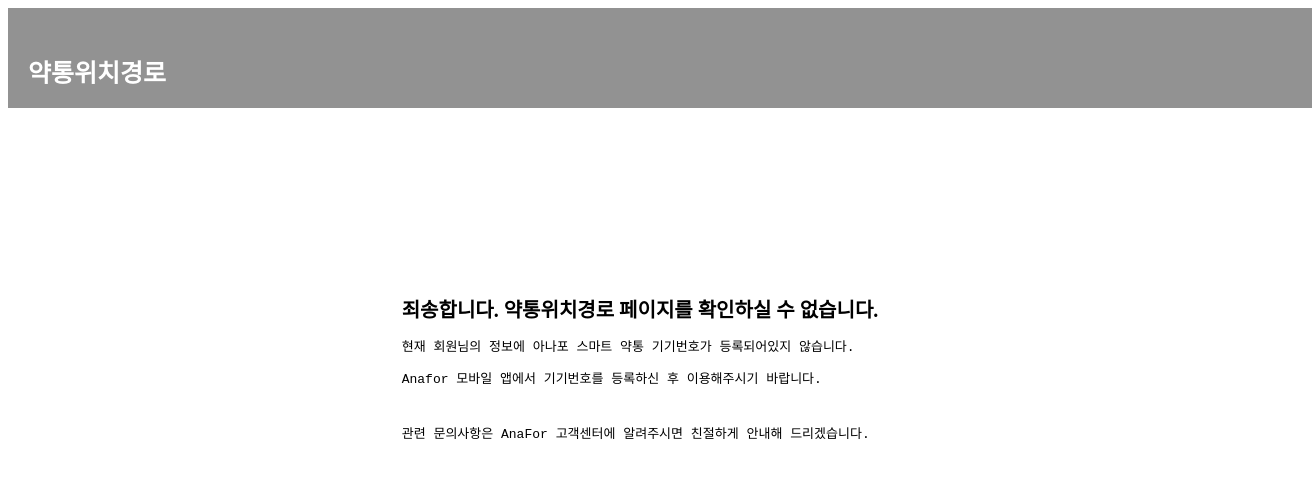
Repository: euzny/Spring-Website
Page: http://localhost/anafor/WEB-INF/views/my_info/notAccept.jsp
An editor plug-in stored every save of this project. The page is shown before and after the next save, followed by the edit.
The browser window is 1280 px wide. The page is 1312 px wide, so the pictures cover 1312 px, including what lies to the right of the window. The pictures show the whole page.
The page is served by Tomcat 9. Nobody is signed in. The template is opened directly, without the code that normally fills it, so the values that code supplies are empty.

Above is the page before, as saved 2022-06-23 02:38:15.

After the next save:
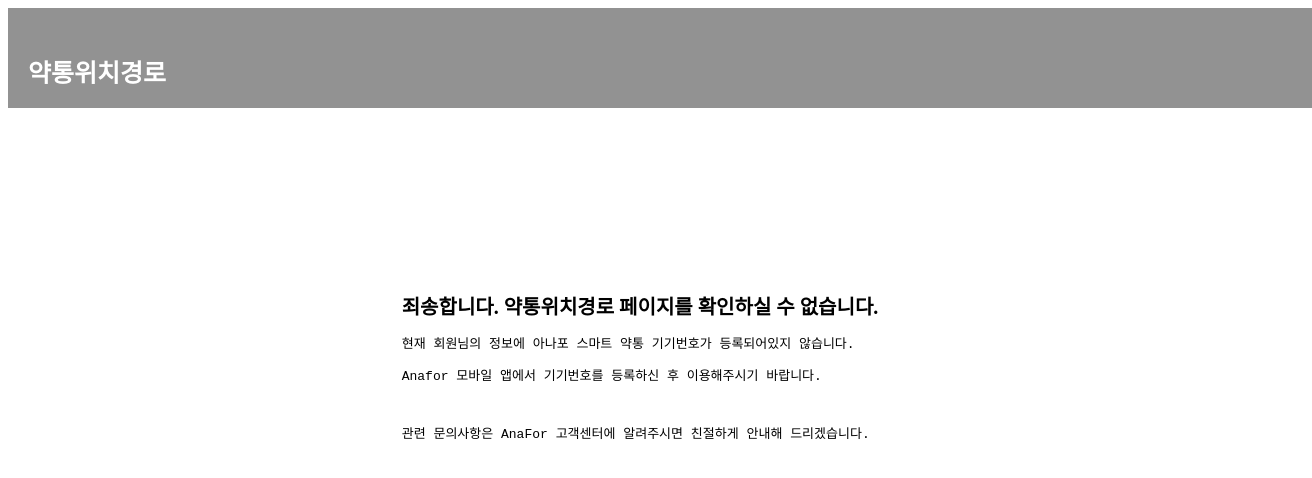
Saved 92 s later.
--- a/Workspace/anafor/src/main/webapp/WEB-INF/views/my_info/notAccept.jsp
+++ b/Workspace/anafor/src/main/webapp/WEB-INF/views/my_info/notAccept.jsp
@@ -31,7 +31,7 @@
 	   text-align:left;
 	}
 	#notice pre{
-		margin-bottom:5px;
+		margin-bottom:8px;
 		 text-align:left;
 	}
    	</style>
